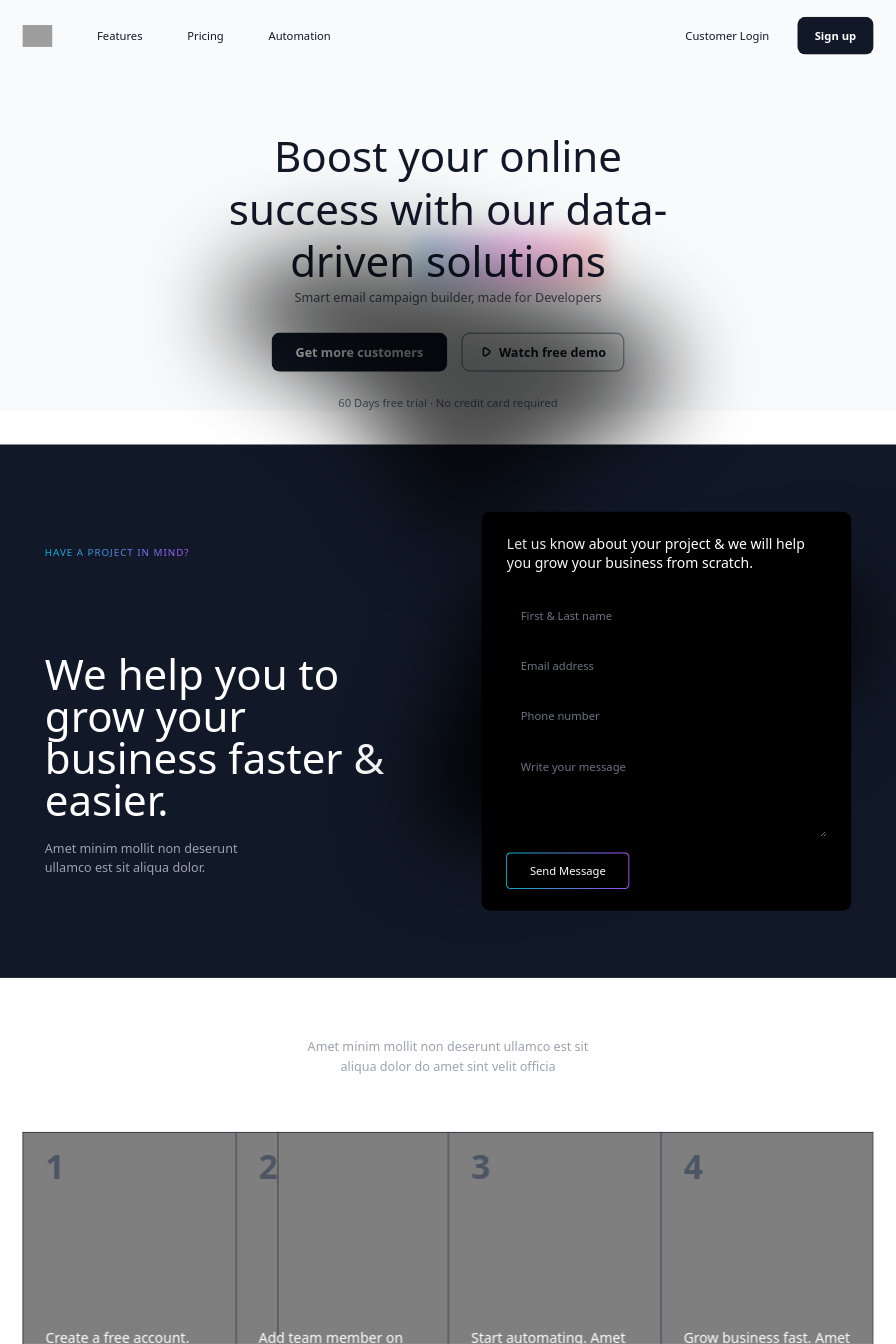
Repository: ornelasedward/mired_website
Page: /
An editor plug-in stored every save of this project. The page is shown before and after the next save, followed by the edit.
The browser window is 1280 px wide. The pictures show the part of the page from y = 0 to 1920 px (the page is 5780 px tall before and 5808 px after), at 70% of full size.
Pictures or frames that could not be fetched are drawn as grey boxes. The project was rebuilt for these pictures with package versions that can differ from the ones it lists, and the page was loaded fresh each time. The framework's server and built-in components were replaced by stand-ins that run in the browser. Also part of the build but not shown: next.config.js.

Above is the page before, as saved 2023-03-28 06:50:28.

After the next save:
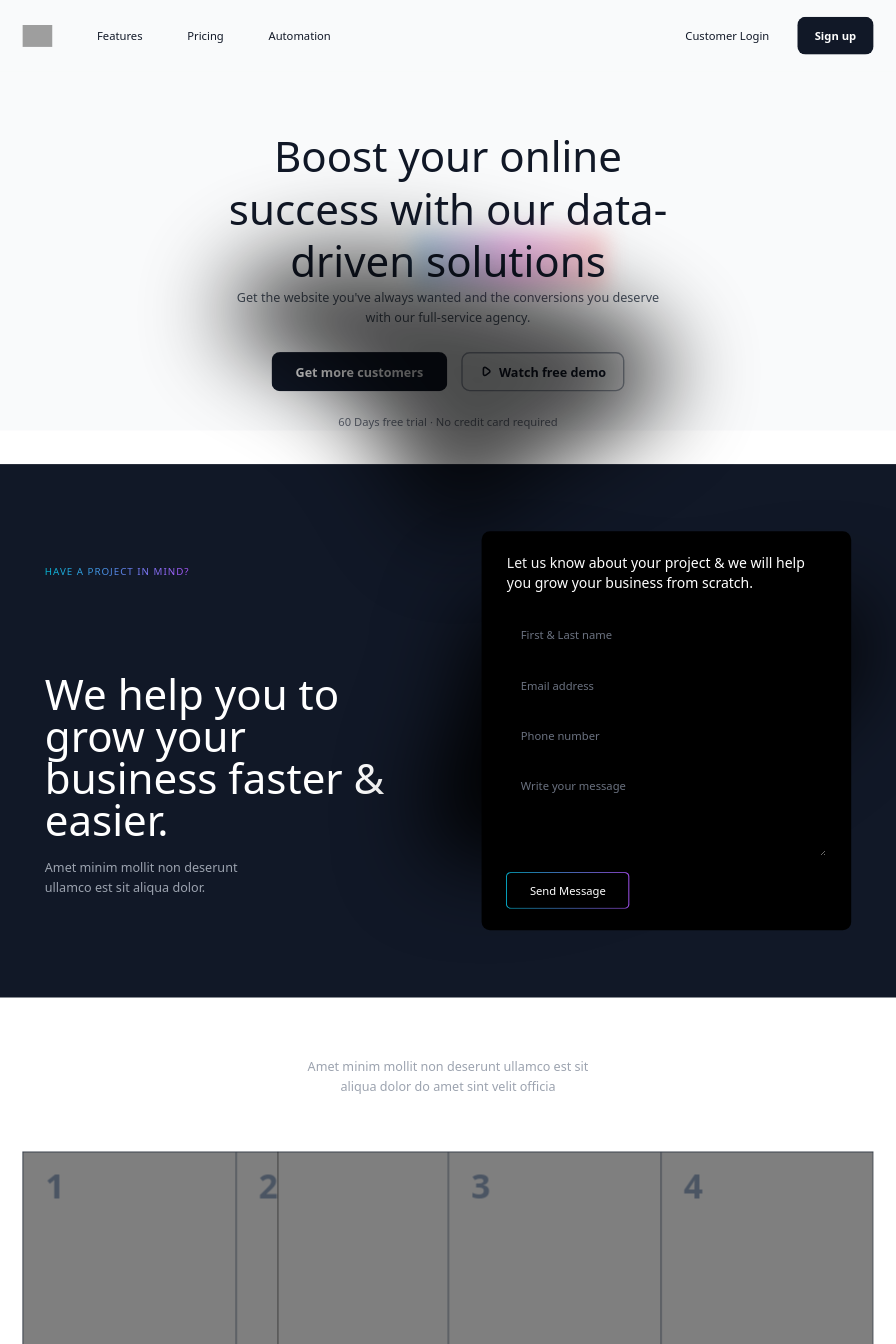
Saved 8 s later.
--- a/components/Hero.tsx
+++ b/components/Hero.tsx
@@ -175,7 +175,8 @@
               </span>
             </p>
             <h1 className="px-6 text-lg text-gray-600 font-inter">
-              Smart email campaign builder, made for Developers
+              Get the website you've always wanted and the conversions you
+              deserve with our full-service agency.
             </h1>
 
             <div className="px-8 sm:items-center sm:justify-center sm:px-0 sm:space-x-5 sm:flex mt-9">
